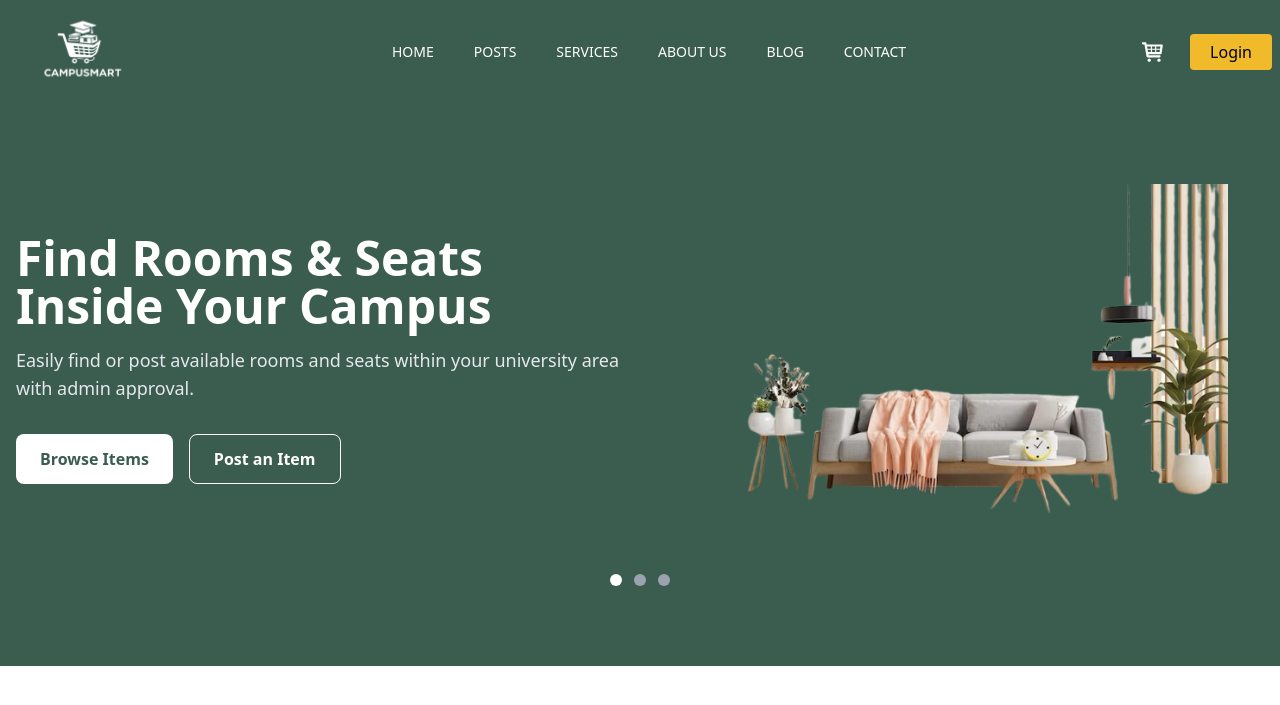
Repository: jahidhasanri/CAMPUSMART
Page: /
An editor plug-in stored every save of this project. The page is shown before and after the next save, followed by the edit.
The browser window is 1280 px wide. The pictures show the whole page.
The project was rebuilt for these pictures with package versions that can differ from the ones it lists, and the page was loaded fresh each time. Also part of the build but not shown: vite.config.js.

Above is the page before, as saved 2026-01-12 22:50:18.

After the next save:
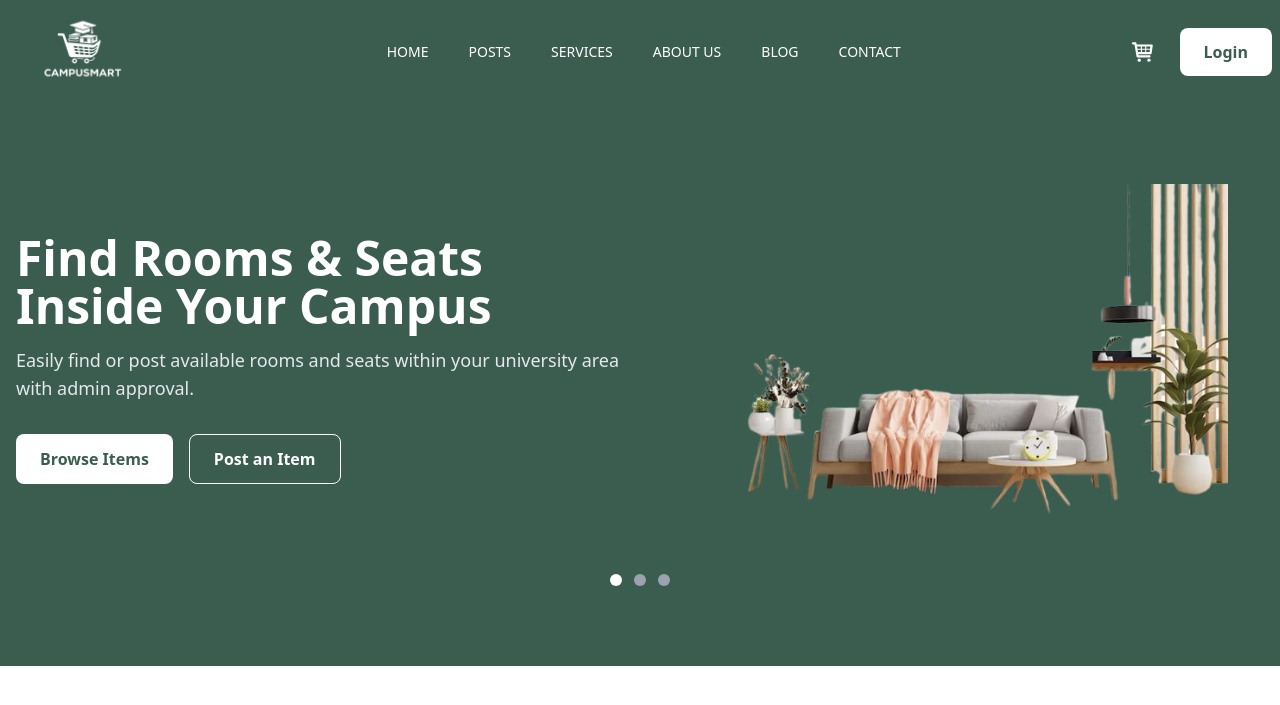
Saved 2 min 41 s later.
--- a/src/components/Navbar.jsx
+++ b/src/components/Navbar.jsx
@@ -48,9 +48,9 @@ const Navbar = () => {
               size={26}
               className="cursor-pointer hover:text-[#5a8139]"
             />
-            <button className="bg-[#f9be29f5] text-black hover:bg-[#5b8139d7] px-5 py-1.5 cursor-pointer rounded">
-              Login
-            </button>
+            <button className="bg-white text-[#3b5d50] px-6 py-3 rounded-lg font-semibold hover:bg-gray-200 transition">
+                Login
+              </button>
           </Link>
 
           {/* Hamburger (md & sm only) */}
